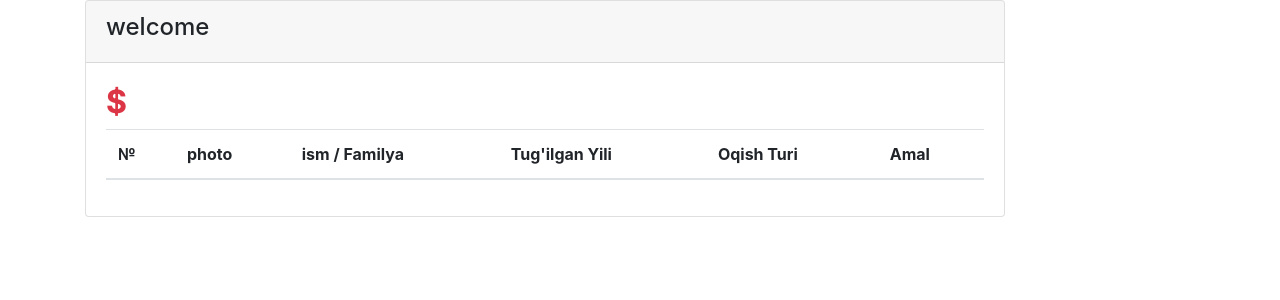
Repository: surefaceJS/allMyWorkInaliLinux
Page: hardcha/index.html
An editor plug-in stored every save of this project. The page is shown before and after a run of saves, followed by the edit.
The browser window is 1280 px wide. The pictures show the whole page.

Above is the page before, as saved 2021-04-19 11:31:30.

After the next 3 saves:
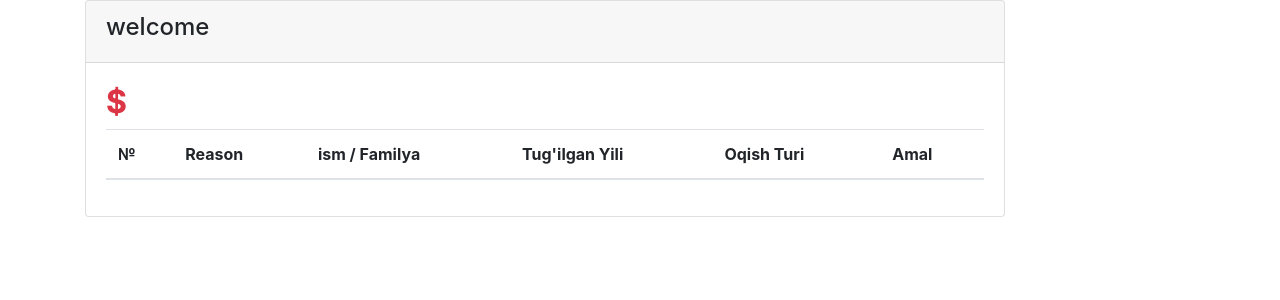
The 3 saves are shown as one change because they came seconds apart.
The last was saved 25 s later.
--- a/hardcha/index.html
+++ b/hardcha/index.html
@@ -30,7 +30,7 @@
                             <thead>
                                 <tr>
                                     <th>№</th>
-                                    <th>photo</th>
+                                    <th>Reason</th>
                                     <th>ism / Familya</th>
                                     <th>Tug'ilgan Yili</th>
                                     <th>Oqish Turi</th>
